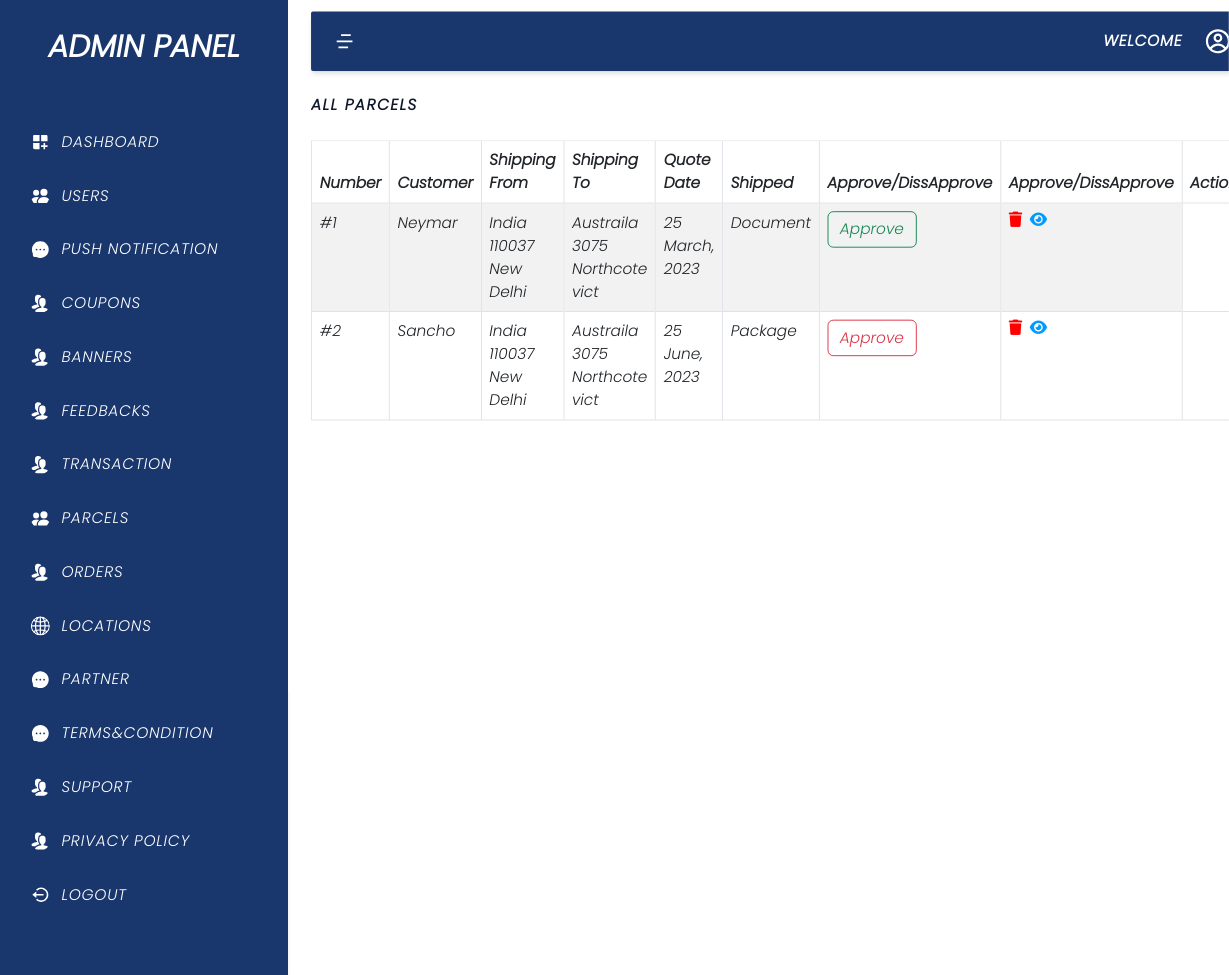
Repository: FlyweisReact/sarita
Page: /astro
The author's editor kept a copy of each file at every save. The page is drawn from the files as they stood at one save, then again after a run of saves.
The browser window is 1280 px wide. The pictures show the whole page, at 96% of full size.
Some web libraries are served in a nearby version. The project was rebuilt for these pictures with package versions that can differ from the ones it lists, and the page was loaded fresh each time. Also part of the build but not shown: src/vendorPanel/forms/VendorLogin.jsx, src/vendorPanel/pages/AdminDiscount.js, src/vendorPanel/pages/AdminReview.js, src/vendorPanel/pages/Banners.js, src/vendorPanel/pages/Booking.js, src/vendorPanel/pages/Horoscope.js, src/vendorPanel/pages/Kundli.js, src/vendorPanel/pages/Message.js and 8 more.

Above is the page before, as saved 2023-04-19 13:18:07.

After the next 2 saves:
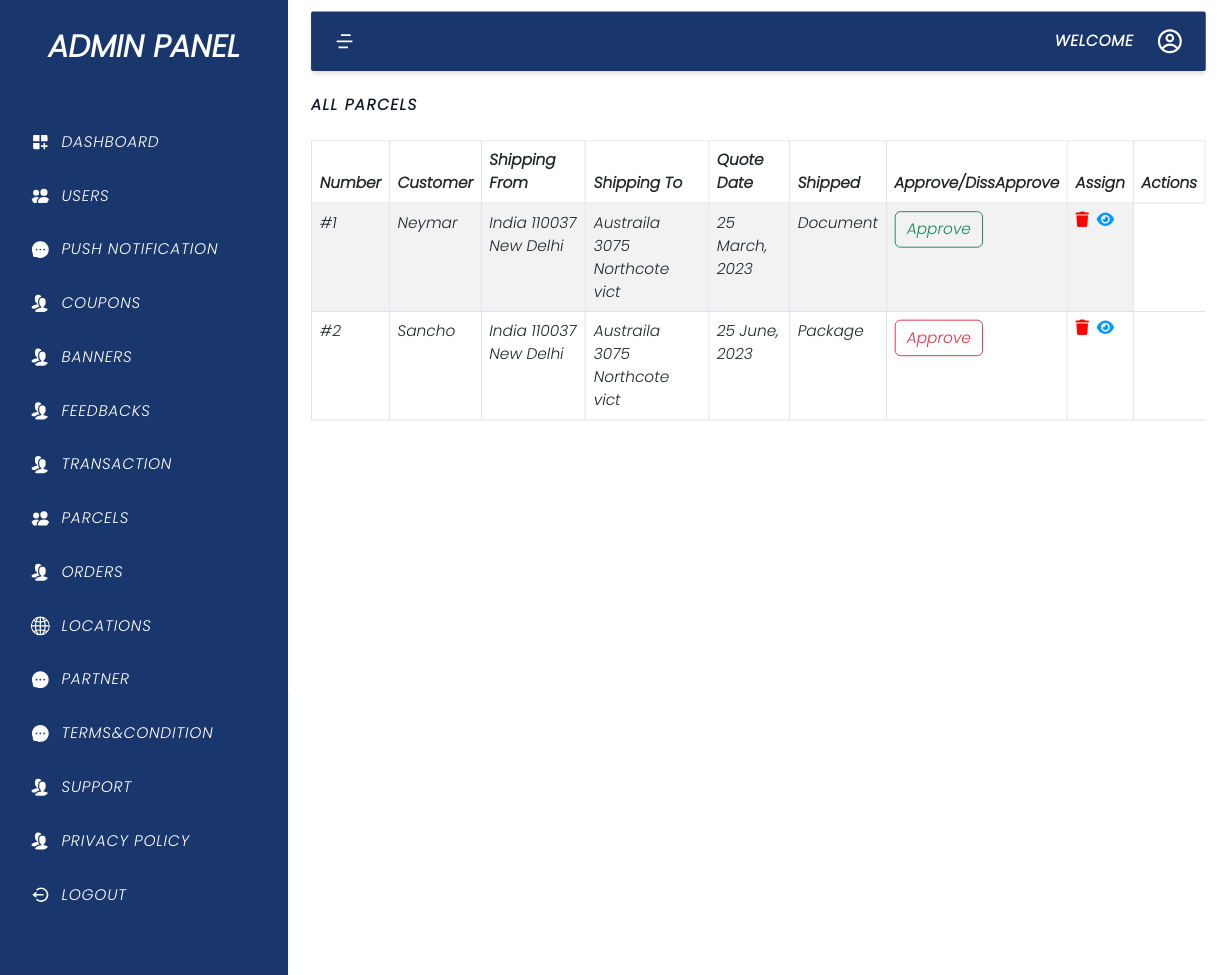
The 2 saves are shown as one change because they came seconds apart.
The last was saved 6 s later.
--- a/src/vendorPanel/pages/Astrologers.js
+++ b/src/vendorPanel/pages/Astrologers.js
@@ -130,7 +130,7 @@ const Astrologers = () => {
                 <th>Quote Date</th>
                 <th>Shipped</th>
                 <th>Approve/DissApprove</th>
-                <th>Approve/DissApprove</th>
+                <th>Assign</th>
                 <th>Actions</th>
               </tr>
             </thead>
